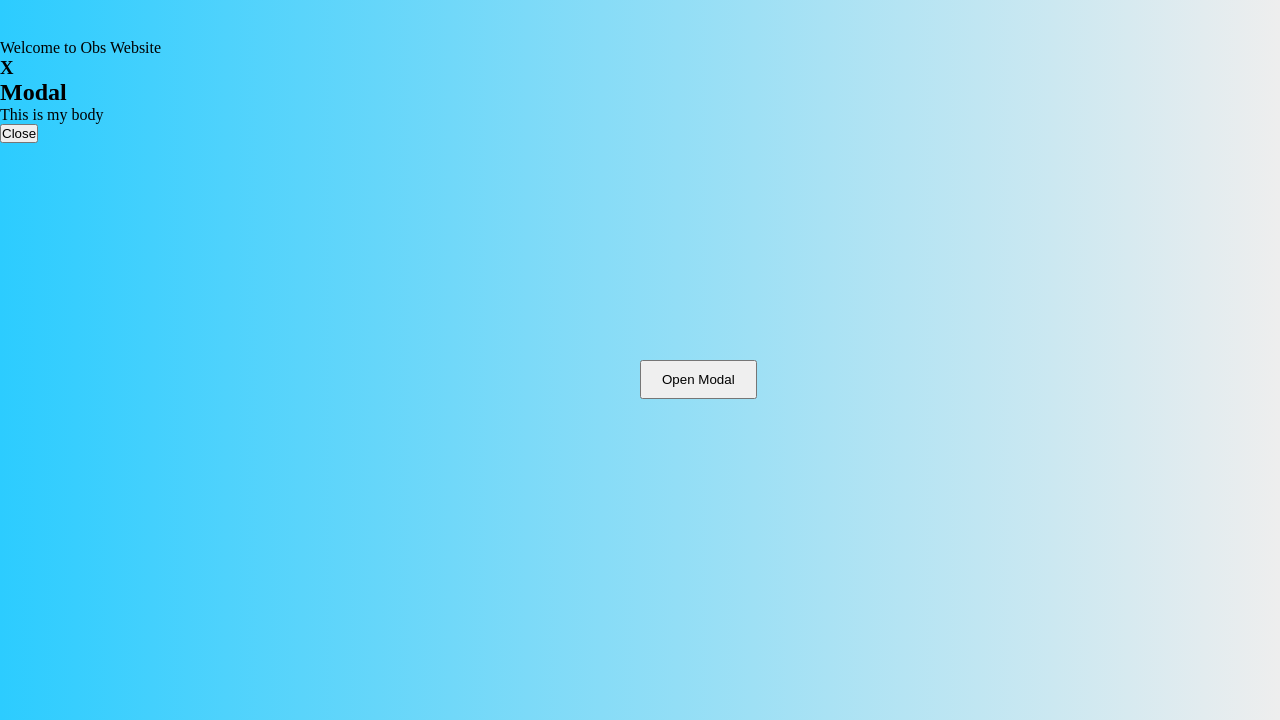
Repository: lausamtuong/Modal_card
Page: index.html
An editor plug-in stored every save of this project. The page is shown before and after the next save, followed by the edit.
The browser window is 1280 px wide. The pictures show the whole page.
The style sheet was rebuilt from its Sass, Less or Tailwind sources for each picture, by a compiler version that may differ from the author's.

Above is the page before, as saved 2021-12-14 21:30:48.

After the next save:
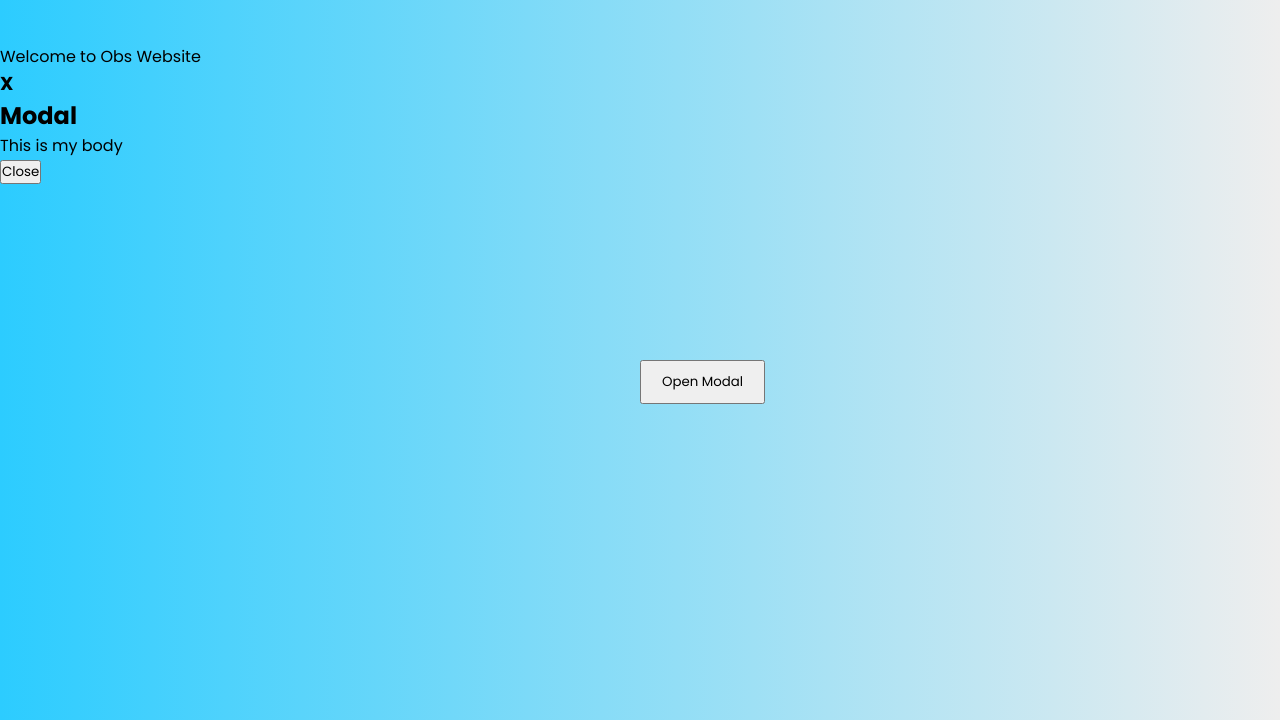
Saved 12 s later.
--- a/style.scss
+++ b/style.scss
@@ -2,6 +2,7 @@
     margin: 0;
     padding: 0;
     box-sizing: border-box;
+    font-family: 'Poppins', sans-serif;
 }
 body{
     height: 100vh;
